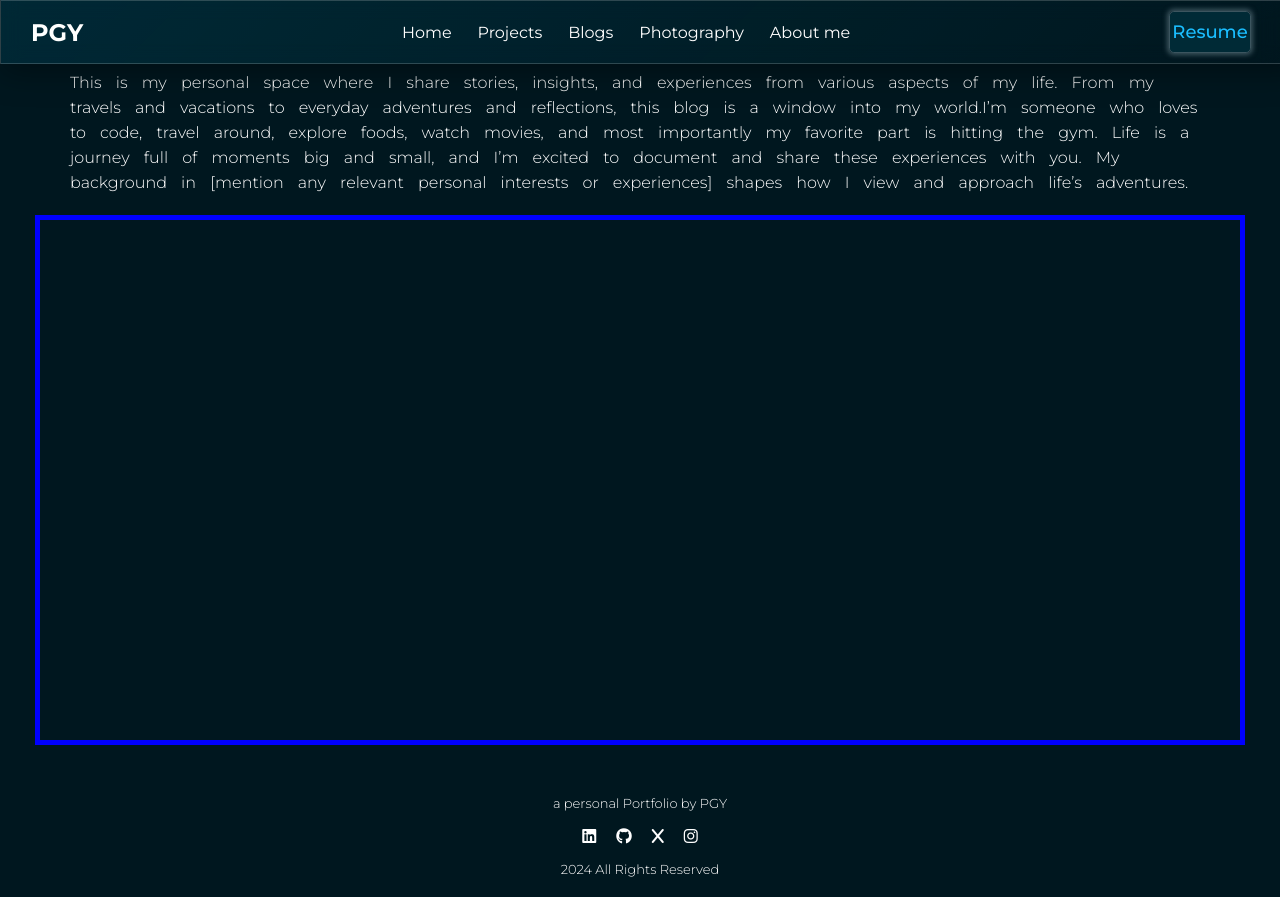
Repository: pgyunknown/pgyunknown
Page: personal_blog.html
An editor plug-in stored every save of this project. The page is shown before and after the next save, followed by the edit.
The browser window is 1280 px wide. The pictures show the whole page.
Some web libraries are served in a nearby version.

Above is the page before, as saved 2024-08-16 19:31:43.

### personal_blog.html
<!DOCTYPE html>
<html lang="en">
<head>
    <meta charset="UTF-8">
    <meta name="viewport" content="width=device-width, initial-scale=1.0">
    <title>Personal portfolio</title>
    <link rel="stylesheet" href="personal_blog.css">
    <link rel="preconnect" href="https://fonts.googleapis.com">
<link rel="preconnect" href="https://fonts.gstatic.com" crossorigin>
<link href="https://fonts.googleapis.com/css2?family=Libre+Baskerville:ital,wght@0,400;0,700;1,400&family=Montserrat:ital,wght@0,100..900;1,100..900&family=Titillium+Web:ital,wght@0,200;0,300;0,400;0,600;0,700;0,900;1,200;1,300;1,400;1,600;1,700&display=swap" rel="stylesheet">
<link rel="stylesheet" href="https://cdnjs.cloudflare.com/ajax/libs/font-awesome/6.6.0/css/all.min.css" integrity="sha512-Kc323vGBEqzTmouAECnVceyQqyqdsSiqLQISBL29aUW4U/M7pSPA/gEUZQqv1cwx4OnYxTxve5UMg5GT6L4JJg==" crossorigin="anonymous" referrerpolicy="no-referrer" />
</head>
<body>
    <header>
        <div class="pgy_con">
                <div class="pgy"><a href="#">PGY</a></div>
        </div>
        <nav>
                <div class="nav_bar">
                <a href="#" id="home">Home</a>
                <a href="#"id="projects">Projects</a>
                <a href="blog.html"id="blogs">Blogs</a>
                <a href="#"id="photo">Photography</a>
                <a href="#"id="About">About me</a>
                </div>
            </nav>
        <div class="resume_con">
                <button>Resume</button>
        </div>
    </header>
    <main>
        <div class="personal_intro"><p>This is my personal space where I share stories, insights, and experiences from various aspects of my life. From my travels and vacations to everyday adventures and reflections, this blog is a window into my world.I’m someone who loves to code, travel around, explore foods, watch movies, and most importantly my favorite part is hitting the gym. Life is a journey full of moments big and small, and I’m excited to document and share these experiences with you. My background in [mention any relevant personal interests or experiences] shapes how I view and approach life’s adventures.</p></div>

        <div class="contianer">
        <!-- <div ><img src="imgs/WhatsApp Image 2024-08-16 at 18.40.53_9c257726.jpg" alt=""></div>
        <div ><img src="imgs/WhatsApp Image 2024-08-16 at 18.40.52_35491df1.jpg" alt=""></div>
        <div ><img src="imgs/WhatsApp Image 2024-08-16 at 18.34.26_5f8bc427.jpg" alt=""></div> -->
        </div>
    </main>

        <footer>
        <div class="footer_port">a personal Portfolio by PGY</div>
        <div class="footer_icons">
            <a href="https://www.linkedin.com/in/p-gokul-yadav-82548a295?utm_source=share&utm_campaign=share_via&utm_content=profile&utm_medium=android_app" alt="Gokul's linkedin profile" target="_blank"><i class="fa-brands fa-linkedin"></i></a>
            <a href="https://github.com/pgyunknown" alt="Gokul Github profile" target="_blank"><i class="fa-brands fa-github"></i></a>
            <a href="#"><i class="fa-brands fa-x" target="_blank"></i></a>
            <a href="#"><i class="fa-brands fa-instagram" target="_blank"></i></a>
        </div>
        <div class="copyrights">2024 All Rights Reserved</div>
    </footer>

### personal_blog.css
*{margin: 0px;
    padding: 0px;
}
body{
    background-color: #00171F;
    color: white;
    box-sizing: border-box;


}
a{
    text-decoration: none;
    color: inherit;
}

header{
    display: flex;
    justify-content: space-between;
    align-items: center;
    padding: 10px;
    /* Glassy effect */
    background: linear-gradient(135deg, rgba(0, 200, 255, 0.1), rgba(255, 255, 255, 0));
    backdrop-filter: blur(10px);
    -webkit-backdrop-filter: blur(10px);
    border:1px solid rgba(255, 255, 255, 0.18);
    box-shadow: 0 8px 32px 0 rgba(0, 0, 0, 0.37);

    overflow: hidden;
    position: fixed; /* Set the navbar to fixed position */
    top: 0; /* Position the navbar at the top of the page */
    width: 100%;
}

.pgy_con
{
    margin-left: 20px;
    font-family: "Montserrat", sans-serif;
    font-optical-sizing: auto;
    font-size: x-large;
    font-weight: 700;
    font-style: normal;
    align-items: end;

}

.pgy_con .pgy a{
    text-decoration: none;
}
.nav_bar {
        /* height: 50px; */
    width: 500px;
    display: flex;
    justify-content: space-evenly;

    transition-property: all;
    transition-timing-function: ease-in-out;
    transition-delay: 1s;


}

.nav_bar a{
    box-sizing: border-box;
    font-family: "Montserrat", sans-serif;
    font-optical-sizing: auto;
    font-weight: 400;
    font-style: normal
    text-decoration: none;
    justify-content: space-around;
    align-items: center;
    padding-top:10px;
    padding-bottom :10px;
    /* padding-right:10px ;
    padding-left:10px ; */
}

.nav_bar a:hover{
    color: #FFC107;
    text-shadow: #FFC107 0px 0px  1px;
    border-bottom: 0.5px solid #FFC107;


}


.resume_con {
    display: flex;
    justify-content: center;
    margin-right: 20px;
    background-color: #00171F;
    margin-right: 40px;
}
.resume_con button{
    background-color:rgba(0, 200, 255, 0.1);
    box-sizing: content-box;
    height: 2.5rem;
    width: 5rem;
    font-family: "Montserrat", sans-serif;
    font-optical-sizing: auto;
    font-size: large;
    font-weight: 500;
    font-style: normal;
    color: #1ABEFF;
    border: 0.0001px solid #3c555f;
    border-radius: 0.3rem;
    box-shadow: 0px 0px 5px 2px #3c555f;

}
    main{
    display: flex;
    flex-direction:column ;
    /* justify-content:space-around; */
    align-items: center;
    /* padding: 4.6rem; */
    margin: 50px;
}
main .personal_intro{display: flex;
    flex-direction: row;

    font-family: "Montserrat", sans-serif;
    font-optical-sizing: auto;
    font-size: medium;
    font-weight: 300;
    font-style: normal;


    padding:10px;
    margin: 10px;

    word-spacing: 10px;
    line-height: 25px;
}

main .contianer{
    height: 500px;
    width: 100%;
    padding: 10px;
    display: flex;
    flex-direction: row;
    justify-content: center;
    align-items: center;
    border: 5px solid blue;
}

main .contianer img{
    display: flex;
    justify-content: space-evenly;

    height: 350px;
    width: 350px ;
    padding: 100%;

}



footer{
    display: flex;
    flex-direction:column;
    justify-content: space-evenly;
    align-items: center;
    margin-bottom: 20px;
    font-family: "Montserrat", sans-serif;
    font-optical-sizing: auto;
    font-size: small;
    font-weight: 300;
    font-style: normal;
}

.footer_icons{
    display: flex;
    justify-content: center;
    align-items: center;
    width: 50px;
    height: 50px;
}



.copyrights{
    display: flex;
    justify-content: center;
    align-items: center;
}

.footer_icons a{
font-size: medium;
padding: 10px;
width: 50px;
height: 50px;
display: flex;
justify-content: center;
align-items: center;
}

After the next save:
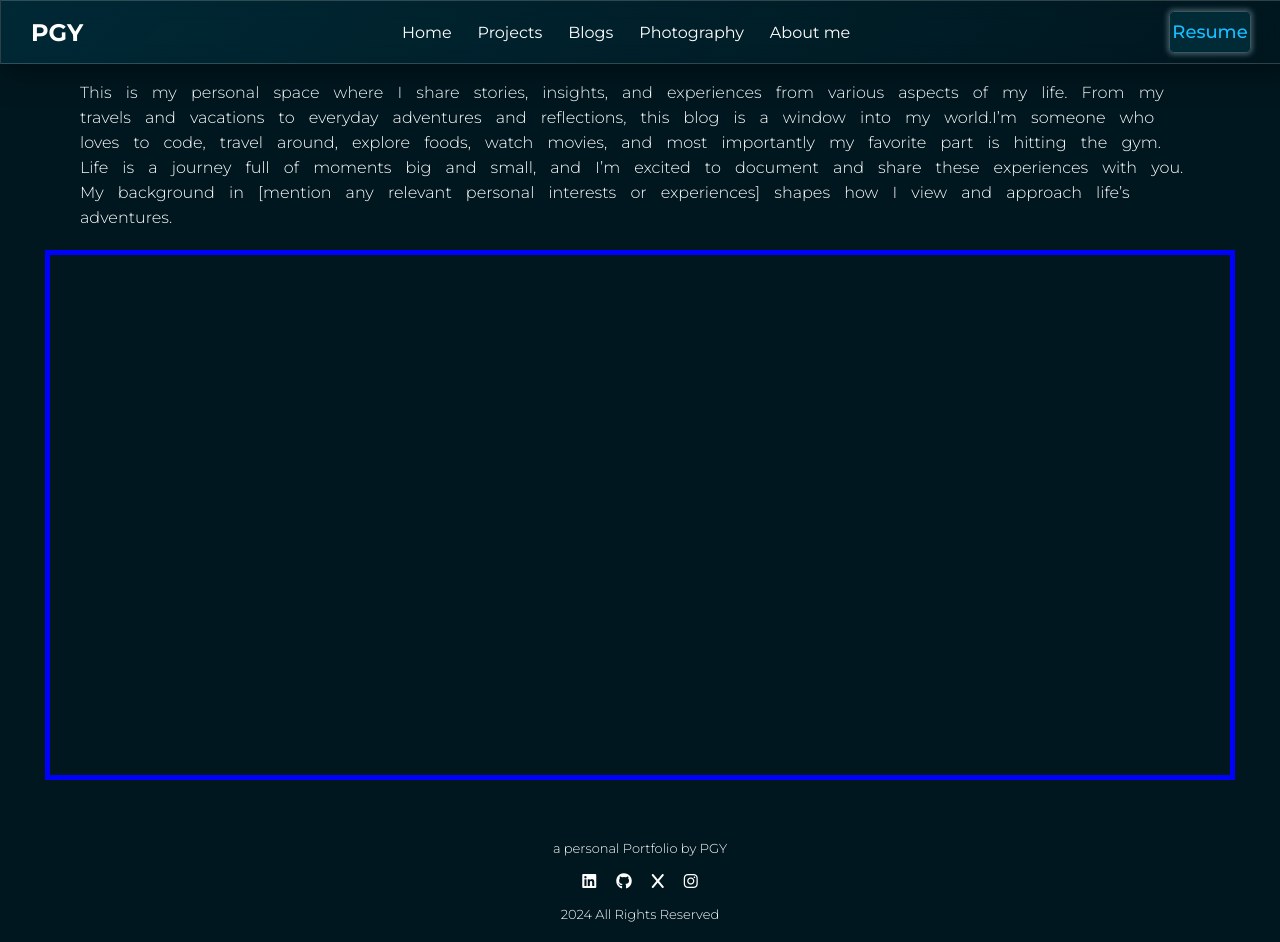
Saved 8 s later.
--- a/personal_blog.css
+++ b/personal_blog.css
@@ -112,7 +112,7 @@ header{
     /* justify-content:space-around; */
     align-items: center;
     /* padding: 4.6rem; */
-    margin: 50px;
+    margin: 60px;
 }
 main .personal_intro{display: flex;
     flex-direction: row;
